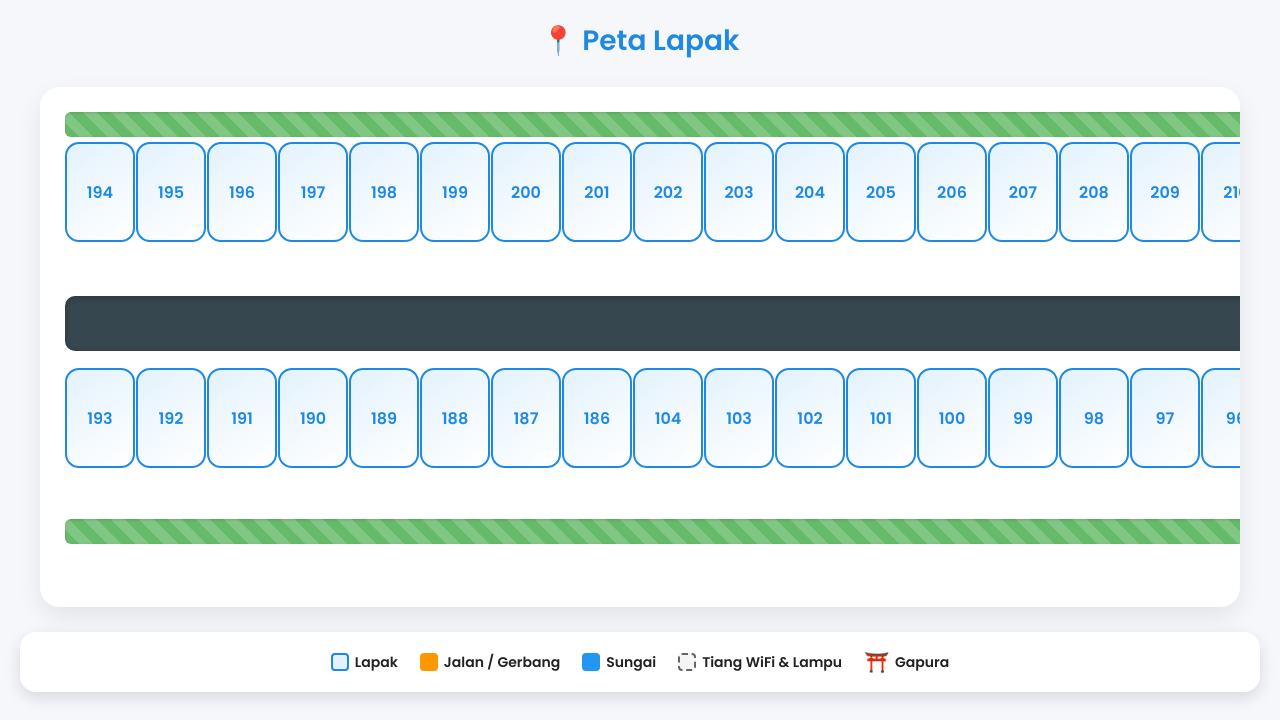
Repository: pasarrakyatbak/denah
Page: index.html
The author's editor kept a copy of each file at every save. The page is drawn from the files as they stood at one save, then again after the next save.
The browser window is 1280 px wide. The pictures show the whole page.

Above is the page before, as saved 2025-09-19 19:35:09.
Console error: TypeError: Cannot read properties of null (reading 'getBoundingClientRect')

### index.html
<!DOCTYPE html>
<html lang="id">

<head>
    <meta charset="utf-8" />
    <meta name="viewport" content="width=device-width, initial-scale=1" />
    <title>Peta Lapak Modern</title>
    <link href="https://fonts.googleapis.com/css2?family=Poppins:wght@400;600&display=swap" rel="stylesheet">
    <link rel="stylesheet" href="style.css" />
</head>

<body>
    <h1>📍 Peta Lapak</h1>

    <!-- Tooltip -->
    <div class="tooltip" id="tooltip"></div>

    <!-- Grid Container -->
    <div class="scroll-container">
        <div class="h-inner">
            <!-- Rumput kiri -->
            <div class="rumput-wrapper">
                <div class="rumput"></div>
            </div>

            <!-- Lapak kanan (sekarang di atas jalan utama) -->
            <div class="row bottom" id="right-side"></div>
            <!-- Jalan utama -->
            <div class="road-wrapper">
                <div class="road">JALAN UTAMA</div>
            </div>

            <!-- Lapak kiri (sekarang di bawah jalan utama) -->
            <div class="row top" id="left-side"></div>

            <!-- Rumput kanan -->
            <div class="rumput-wrapper">
                <div class="rumput"></div>
            </div>
        </div>
    </div>


    <!-- Legend -->
    <div class="legend">
        <div>
            <div class="legend-color lapak-color"></div> Lapak
        </div>
        <div>
            <div class="legend-color jalan-color"></div> Jalan / Gerbang
        </div>
        <div>
            <div class="legend-color sungai-color"></div> Sungai
        </div>
        <div>
            <div class="legend-color tiang-color"></div> Tiang WiFi & Lampu
        </div>
        <div>
            <div class="legend-icon">⛩️</div> Gapura
        </div>
    </div>
    </div>

    <script src="script.js"></script>
</body>

</html>

### style.css
/* Reset & Base */
* {
    margin: 0;
    padding: 0;
    box-sizing: border-box;
}

body {
    font-family: 'Poppins', sans-serif;
    background: #f5f7fa;
    color: #222;
    padding: 20px;
    text-align: center;
}

h1 {
    font-size: 28px;
    margin-bottom: 25px;
    color: #1e88e5;
    font-weight: 700;
}

/* Scroll container */
.scroll-container {
    width: 100%;
    max-width: 1200px;
    height: 520px;
    overflow: auto;
    background: #fff;
    border-radius: 20px;
    padding: 25px;
    box-shadow: 0 10px 25px rgba(0, 0, 0, 0.08);
    margin: auto;
}

.h-inner {
    display: flex;
    flex-direction: column;
    gap: 5px;
    min-width: max-content;
}

.row {
    display: flex;
    gap: 1px;
    align-items: flex-start;
    flex-wrap: wrap;
    min-width: max-content;
}

/* Lapak modern */
.lapak {
    width: 70px;
    height: 100px;
    border-radius: 14px;
    background: linear-gradient(145deg, #e3f2fd, #ffffff);
    border: 2px solid #1e88e5;
    color: #1e88e5;
    font-weight: 600;
    display: flex;
    align-items: center;
    justify-content: center;
    cursor: pointer;
    font-size: 16px;
    transition: all 0.3s ease;
}

.lapak:hover {
    background: #1e88e5;
    color: #fff;
    transform: translateY(-6px) scale(1.08);
    box-shadow: 0 10px 18px rgba(30, 136, 229, 0.35);
}

/* Jalan utama */
.road {
    height: 85px;
    background: #37474f;
    color: #fff;
    display: flex;
    align-items: center;
    justify-content: center;
    border-radius: 14px;
    font-weight: 700;
    font-size: 16px;
    margin: 12px 0;
    letter-spacing: 1px;
    box-shadow: inset 0 2px 6px rgba(0, 0, 0, 0.2);
}

/* Jalan / Gerbang */
.jalan-gerbang {
    width: 150px;
    height: 50px;
    background: #ff9800;
    color: #fff;
    display: flex;
    align-items: center;
    justify-content: center;
    border-radius: 12px;
    font-weight: 700;
    transition: all 0.3s;
    box-shadow: 0 4px 12px rgba(255, 152, 0, 0.3);
}

.jalan-gerbang:hover {
    background: #fb8c00;
    transform: translateY(-4px);
}

/* Gapura lintas jalan */
.gapura-container {
    width: 70px;
    height: 100px;
    display: flex;
    flex-direction: column;
    align-items: center;
    justify-content: center;
    gap: 4px;
}

.gapura-icon {
    font-size: 26px;
}

.gapura-arrow {
    font-size: 18px;
}

/* Sungai */
.sungai-bawah {
    background: linear-gradient(180deg, #2196f3 0%, #64b5f6 100%);
    border-radius: 12px;
    color: #fff;
    font-weight: 600;
    display: flex;
    align-items: center;
    justify-content: center;
    font-size: 0.85em;
    width: 120%;
    height: 40px;
    box-shadow: 0 3px 8px rgba(33, 150, 243, 0.4);
}

.sungai-atas {
    background: linear-gradient(90deg, #00bfff, #4fc3f7);
    color: #fff;
    font-size: 12px;
    font-weight: bold;
    padding: 4px 10px;
    border-radius: 8px;
    margin-bottom: 5px;
}

/* Tiang WiFi + Lampu */
.tiang-container {
    min-width: 120px;
    padding: 6px 10px;
    background: #fafafa;
    border: 2px dashed #666;
    border-radius: 12px;
    display: flex;
    align-items: center;
    justify-content: center;
    font-size: 16px;
    font-weight: 600;
    color: #444;
    box-shadow: inset 0 1px 4px rgba(0, 0, 0, 0.05);
}

.tiang-label {
    font-size: 11px;
    font-weight: 600;
    color: #222;
}



/* Tooltip */
.tooltip {
    position: absolute;
    background: rgba(30, 136, 229, 0.95);
    color: #fff;
    padding: 7px 12px;
    border-radius: 8px;
    font-size: 13px;
    pointer-events: none;
    opacity: 0;
    transition: opacity 0.2s, transform 0.2s;
    z-index: 10;
    transform: translateY(-4px);
}

/* Legend */
.legend {
    margin-top: 25px;
    background: #fff;
    padding: 14px 20px;
    border-radius: 16px;
    box-shadow: 0 6px 16px rgba(0, 0, 0, 0.12);
    font-size: 14px;
    font-weight: 600;
    line-height: 1.6;
    display: flex;
    gap: 22px;
    justify-content: center;
    flex-wrap: wrap;
}

.legend div {
    display: flex;
    align-items: center;
    gap: 6px;
}

.legend-color {
    width: 18px;
    height: 18px;
    border-radius: 4px;
}

.legend-icon {
    font-size: 20px;
}

/* Legend colors */
.lapak-color {
    background: #e3f2fd;
    border: 2px solid #1e88e5;
}

.jalan-color {
    background: #ff9800;
}

.sungai-color {
    background: #2196f3;
}

.tiang-color {
    background: #f5f5f5;
    border: 2px dashed #666;
}

/* Wrapper */
.lapak-wrapper {
    display: flex;
    flex-direction: column;
    align-items: center;
    gap: 6px;
}

.lapak-wrapper .lapak {
    order: 2;
}

.lapak-wrapper .jalan-gerbang,
.lapak-wrapper .gapura-container,
.lapak-wrapper .sungai-atas,
.lapak-wrapper .sungai-bawah,
.lapak-wrapper .tiang-container {
    order: 1;
}

/* Bungkus jalan + rumput */
.road-wrapper {
    display: flex;
    flex-direction: column;
    gap: 6px;
    width: 100%;
}

/* Jalan utama penuh kiri kanan */
.road {
    height: 55px;
    width: 100%;
    background: #37474f;
    color: #fff;
    display: flex;
    align-items: center;
    justify-content: center;
    border-radius: 10px;
    font-weight: 700;
    font-size: 16px;
    letter-spacing: 1px;
    box-shadow: inset 0 2px 6px rgba(0, 0, 0, 0.2);
}

.rumput-wrapper {
    position: relative;
}

.rumput {
    height: 25px;
    width: 100%;
    background: repeating-linear-gradient(45deg,
            #66bb6a,
            #66bb6a 10px,
            #81c784 10px,
            #81c784 20px);
    border-radius: 6px;
    box-shadow: inset 0 1px 3px rgba(0, 0, 0, 0.15);
}

/* Sungai samping */
.sungai-side {
    width: 100%;
    height: 28px;
    background: linear-gradient(90deg, #2196f3, #64b5f6);
    border-radius: 6px;
    color: #fff;
    font-weight: 600;
    font-size: 13px;
    display: flex;
    align-items: center;
    justify-content: center;
    gap: 6px;
    box-shadow: inset 0 2px 5px rgba(0, 0, 0, 0.2);
    margin: 6px 0;
}

/* Responsive */
@media(max-width:900px) {
    .scroll-container {
        height: 450px;
    }

    .lapak {
        width: 60px;
        height: 90px;
        font-size: 14px;
    }

    .jalan-gerbang {
        width: 120px;
        height: 45px;
        font-size: 13px;
    }
}

@media(max-width:600px) {
    body {
        padding: 12px;
    }

    h1 {
        font-size: 22px;
    }

    .scroll-container {
        height: 400px;
        padding: 12px;
    }

    .lapak {
        width: 50px;
        height: 80px;
        font-size: 13px;
    }

    .jalan-gerbang {
        width: 100px;
        height: 40px;
        font-size: 12px;
    }

    .sungai-bawah {
        width: 100%;
        height: 35px;
        font-size: 0.75em;
    }
}

### script.js
// DATA NOMOR
const leftNumbers = [1, 2, 3, 4, 5, 6, 7, 8, 9, 10, 11, 15, 16, 17, 18, 19, 20, 21, 22, 23, 24, 25, 26, 27, 28, 29, 30, 31, 32, 33, 34, 35, 36, 37, 38, 39, 40, 41, 42, 43, 44, 45, 46, 47, 48, 49, 50, 51, 52, 53, 54, 55, 56, 57, 58, 59, 60, 61, 62, 63, 64, 65, 66, 67, 68, 69, 70, 71, 72, 73, 74, 75, 76, 77, 78, 79, 80, 81, 82, 83, 84, 85, 86, 87, 88, 89, 90, 91, 92, 93, 94, 95, 96, 97, 98, 99, 100, 101, 102, 103, 104, 186, 187, 188, 189, 190, 191, 192, 193];
const rightNumbers = [194, 195, 196, 197, 198, 199, 200, 201, 202, 203, 204, 205, 206, 207, 208, 209, 210, 211, 212, 213, 105, 106, 107, 108, 109, 110, 111, 112, 113, 114, 115, 116, 117, 118, 119, 120, 121, 122, 123, 124, 125, 126, 127, 128, 129, 130, 131, 132, 133, 134, 135, 136, 137, 138, 214, 215, 216, 139, 140, 141, 142, 143, 144, 145, 146, 147, 148, 149, 150, 151, 152, 153, 154, 155, 156, 157, 158, 159, 160, 161, 162, 163, 164, 165, 166, 167, 168, 169, 170, 171, 172, 173, 174, 175, 176, 177, 178, 179, 180, 181, 182, 183, 184, 185];

const rightSide = document.getElementById('right-side');
const leftSide = document.getElementById('left-side');

// Buat lapak
function makeLapak(num) {
    const d = document.createElement('div');
    d.className = 'lapak';
    d.textContent = num;
    return d;
}

rightNumbers.forEach(n => rightSide.appendChild(makeLapak(n)));
leftNumbers.slice().reverse().forEach(n => leftSide.appendChild(makeLapak(n)));

// Gerbang
function insertGerbangBetween(parent, a, b, label = 'Gerbang') {
    const children = Array.from(parent.children);
    const idxA = children.findIndex(c => c.textContent == String(a));
    const idxB = children.findIndex(c => c.textContent == String(b));
    if (idxA === -1 || idxB === -1) return;
    const insertAfterIndex = Math.min(idxA, idxB);
    const refNode = parent.children[insertAfterIndex + 1] || null;
    const g = document.createElement('div');
    g.className = 'jalan-gerbang';
    g.textContent = label;
    parent.insertBefore(g, refNode);
}
insertGerbangBetween(leftSide, 2, 3);
insertGerbangBetween(leftSide, 11, 15);

// Gapura lintas jalan
function insertGapura(leftParent, rightParent, a, b) {
    const idxL = Array.from(leftParent.children).findIndex(c => c.textContent == a);
    const idxR = Array.from(rightParent.children).findIndex(c => c.textContent == b);
    if (idxL === -1 || idxR === -1) return;

    const gapuraBottom = document.createElement('div');
    gapuraBottom.className = 'gapura-container';
    gapuraBottom.innerHTML = `<div class="gapura-icon">⛩️</div><div class="gapura-arrow">⬆️</div>`;
    leftParent.insertBefore(gapuraBottom, leftParent.children[idxL + 1]);

    const gapuraTop = document.createElement('div');
    gapuraTop.className = 'gapura-container';
    gapuraTop.innerHTML = `<div class="gapura-arrow">⬇️</div><div class="gapura-icon">⛩️</div>`;
    rightParent.insertBefore(gapuraTop, rightParent.children[idxR]);
}
insertGapura(leftSide, rightSide, 57, 146);

// Sungai
function placeSungaiBelow(parent, num) {
    const target = Array.from(parent.children).find(c => c.textContent == num);
    if (!target) return;
    const wrapper = document.createElement('div');
    wrapper.className = 'lapak-wrapper';
    wrapper.setAttribute('data-lapak', num);
    parent.insertBefore(wrapper, target);
    wrapper.appendChild(target);

    const sungai = document.createElement('div');
    sungai.className = 'sungai-bawah';
    sungai.textContent = 'Sungai';
    wrapper.appendChild(sungai);
}
function placeSungaiAbove(parent, num) {
    const target = Array.from(parent.children).find(c => c.textContent == num);
    if (!target) return;
    const wrapper = document.createElement('div');
    wrapper.className = 'lapak-wrapper';
    wrapper.setAttribute('data-lapak', num);
    parent.insertBefore(wrapper, target);
    wrapper.appendChild(target);

    const sungai = document.createElement('div');
    sungai.className = 'sungai-atas';
    sungai.textContent = 'Sungai';
    wrapper.insertBefore(sungai, target);
}
placeSungaiBelow(leftSide, 62);
placeSungaiAbove(rightSide, 141);

function insertTiang(rumputWrapper, lapakElement) {
    const tiang = document.createElement('div');
    tiang.className = 'tiang-container';
    tiang.innerHTML = `📡 <span>WiFi</span> 💡 <span>Lampu</span>`;

    // Posisi tiang mengikuti posisi lapak
    const lapakRect = lapakElement.getBoundingClientRect();
    const parentRect = rumputWrapper.getBoundingClientRect();

    const offsetLeft = lapakRect.left - parentRect.left + (lapakRect.width / 2);

    tiang.style.left = `${offsetLeft}px`;

    rumputWrapper.appendChild(tiang);
}



// Jalan
function insertJalan(parent, a, b, label = 'Jalan') {
    const idxA = Array.from(parent.children).findIndex(c => c.textContent == a);
    const idxB = Array.from(parent.children).findIndex(c => c.textContent == b);
    if (idxA === -1 || idxB === -1) return;
    const insertAfter = Math.min(idxA, idxB);
    const refNode = parent.children[insertAfter + 1] || null;
    const jalan = document.createElement('div');
    jalan.className = 'jalan-gerbang';
    jalan.textContent = label;
    parent.insertBefore(jalan, refNode);
}

// Contoh insert
insertJalan(rightSide, 156, 157);
insertJalan(rightSide, 216, 139);
insertJalan(rightSide, 163, 164);
insertJalan(rightSide, 180, 181);
// ambil rumput-wrapper kanan
const rumputRight = document.querySelector('.rumput-wrapper.right');
// ambil lapak 108
const lapak108 = document.querySelector('.lapak:nth-child(108)');

// taruh tiang di belakang rumput, sejajar dengan lapak 108
insertTiang(rumputRight, lapak108);
// insertTiang(rightSide, 20, 201);
// insertTiang(rightSide, 108, 109);
// insertTiang(rightSide, 124, 125);
// insertTiang(rightSide, 137, 138);

const tooltip = document.getElementById('tooltip');

function showTooltip(e, text) {
    tooltip.textContent = text;
    tooltip.style.left = e.pageX + 10 + 'px';
    tooltip.style.top = e.pageY + 10 + 'px';
    tooltip.style.opacity = 1;
}

function hideTooltip() {
    tooltip.style.opacity = 0;
}

// Tambahkan tooltip untuk setiap elemen
document.querySelectorAll('.lapak').forEach(el => {
    el.addEventListener('mouseenter', e => showTooltip(e, 'Lapak #' + el.textContent));
    el.addEventListener('mousemove', e => showTooltip(e, 'Lapak #' + el.textContent));
    el.addEventListener('mouseleave', hideTooltip);
});

document.querySelectorAll('.jalan-gerbang').forEach(el => {
    el.addEventListener('mouseenter', e => showTooltip(e, 'Jalan / Gerbang: ' + el.textContent));
    el.addEventListener('mousemove', e => showTooltip(e, 'Jalan / Gerbang: ' + el.textContent));
    el.addEventListener('mouseleave', hideTooltip);
});

document.querySelectorAll('.sungai-bawah, .sungai-atas').forEach(el => {
    el.addEventListener('mouseenter', e => showTooltip(e, 'Sungai'));
    el.addEventListener('mousemove', e => showTooltip(e, 'Sungai'));
    el.addEventListener('mouseleave', hideTooltip);
});

document.querySelectorAll('.tiang-container').forEach(el => {
    el.addEventListener('mouseenter', e => showTooltip(e, 'Tiang WiFi & Lampu'));
    el.addEventListener('mousemove', e => showTooltip(e, 'Tiang WiFi & Lampu'));
    el.addEventListener('mouseleave', hideTooltip);
});

document.querySelectorAll('.gapura-container').forEach(el => {
    el.addEventListener('mouseenter', e => showTooltip(e, 'Gapura Lintas Jalan'));
    el.addEventListener('mousemove', e => showTooltip(e, 'Gapura Lintas Jalan'));
    el.addEventListener('mouseleave', hideTooltip);
});

After the next save:
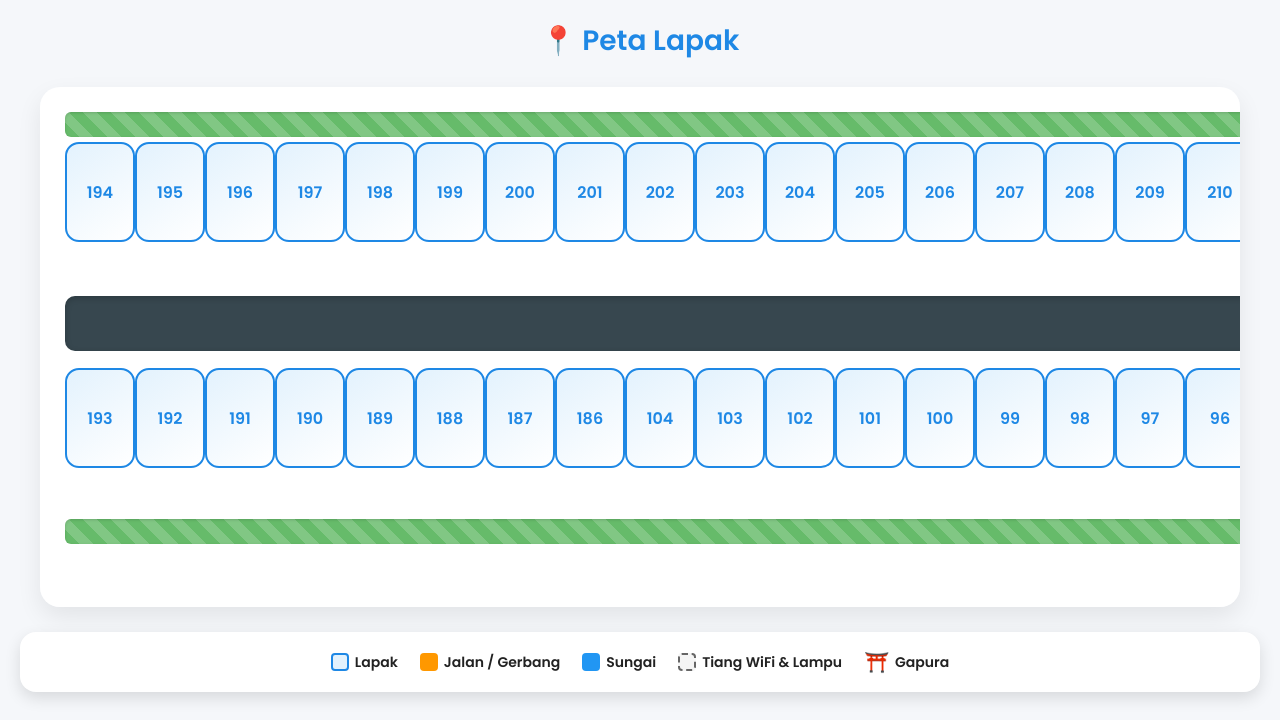
Saved 23 s later.
--- a/style.css
+++ b/style.css
@@ -42,7 +42,7 @@ h1 {
 
 .row {
     display: flex;
-    gap: 1px;
+    gap: px;
     align-items: flex-start;
     flex-wrap: wrap;
     min-width: max-content;
@@ -162,6 +162,7 @@ h1 {
     display: flex;
     align-items: center;
     justify-content: center;
+    gap: 8px;
     font-size: 16px;
     font-weight: 600;
     color: #444;
